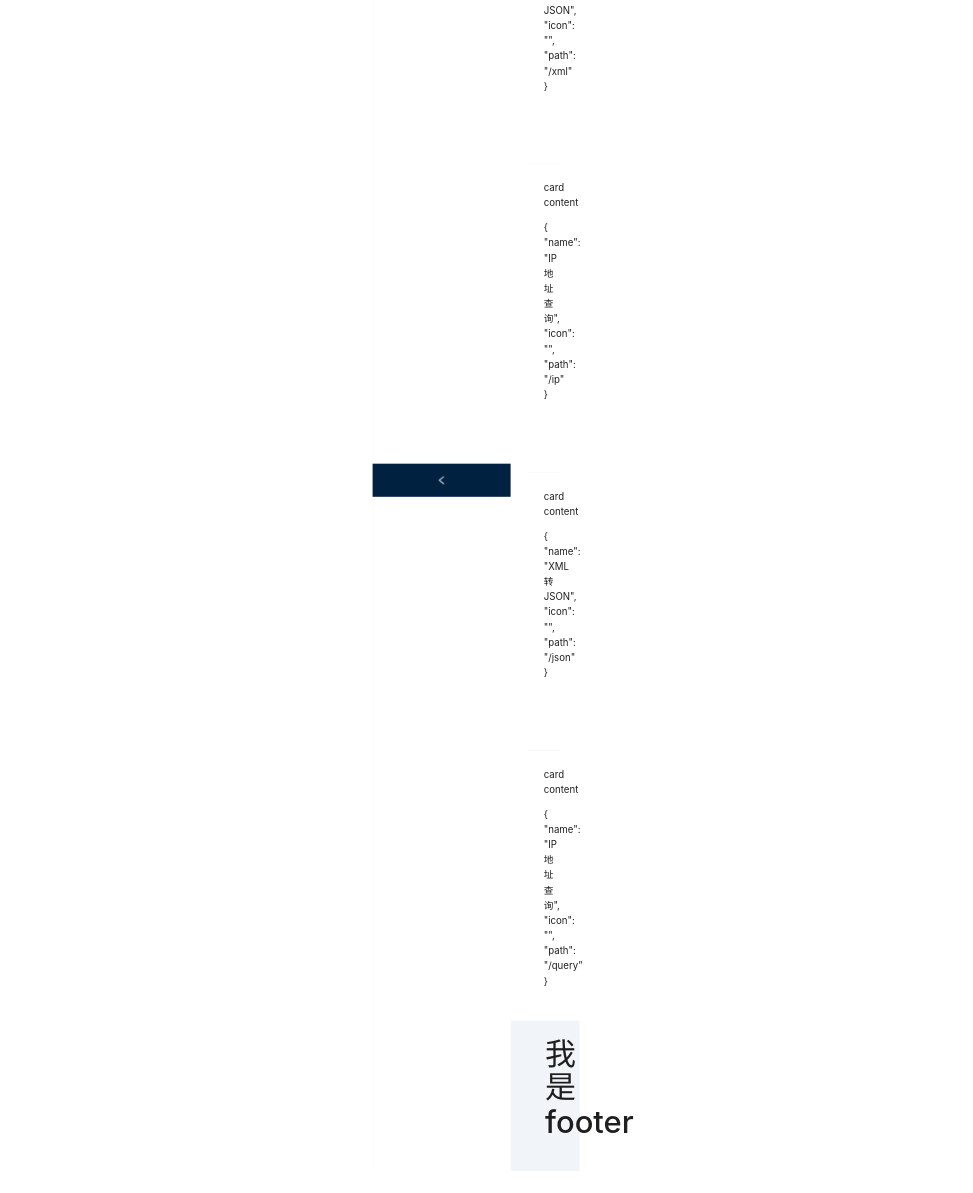
Repository: chenyl8848/chen-tool-collection
Page: /
The author's editor kept a copy of each file at every save. The page is drawn from the files as they stood at one save, then again after the next save.
The browser window is 1280 px wide. The page is 1410 px wide, so the pictures cover 1410 px, including what lies to the right of the window. The pictures show the whole page, at 69% of full size.
The project was rebuilt for these pictures with package versions that can differ from the ones it lists, and the page was loaded fresh each time. Also part of the build but not shown: vite.config.ts, src/components/HelloWorld.vue.

Above is the page before, as saved 2024-01-12 16:01:28.

After the next save:
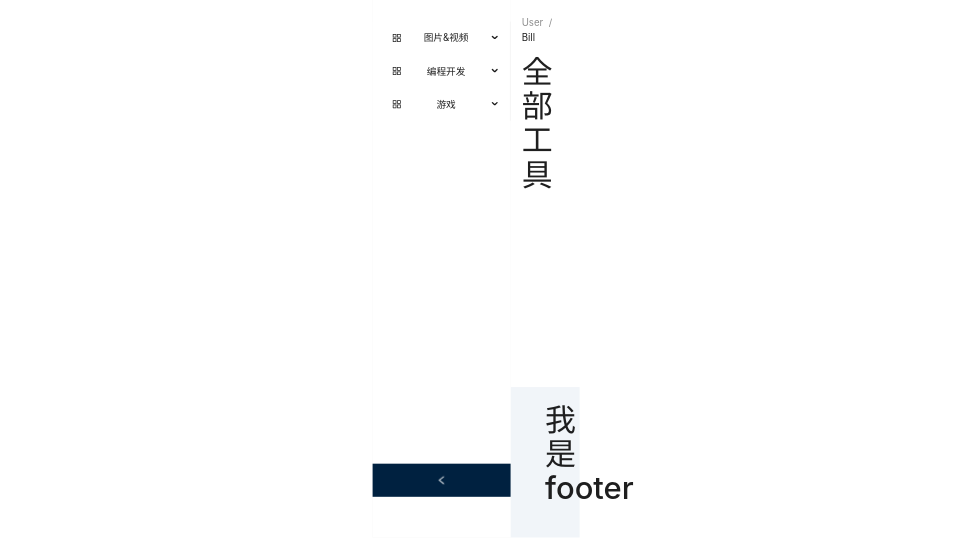
Saved 40 s later.
--- a/src/store/module/tool.ts
+++ b/src/store/module/tool.ts
@@ -17,13 +17,13 @@
 
     const getMenus = generateDynamicMenus(tools)
     const getRoutes = generateDynamicRoutes(tools)
-    const getTools:Array<ToolsType> = []
-    generateAllTools(tools, getTools)
+    const allTools:Array<ToolsType> = []
+    generateAllTools(tools, allTools)
 
     return {
         getMenus,
         getRoutes,
-        getTools
+        allTools
     }
 })
 

After the save that followed:
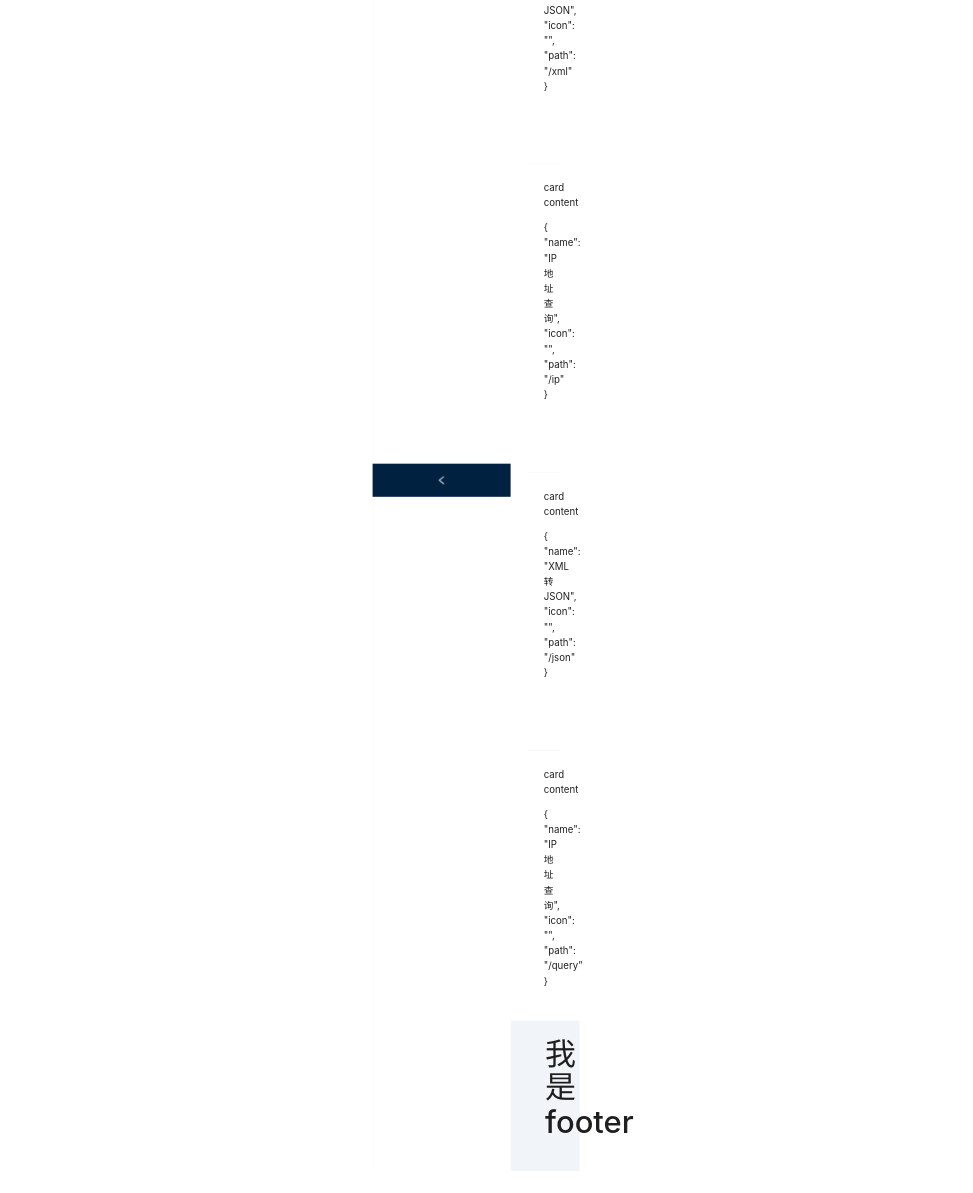
Saved 5 s later.
--- a/src/pages/Home.vue
+++ b/src/pages/Home.vue
@@ -8,7 +8,7 @@
 let tools:Array<ToolsType> = []
 
 onMounted(() => {
-    tools = toolStore.getTools
+    tools = toolStore.allTools
     console.log(tools, "toolssssssssss")
 })
 </script>
